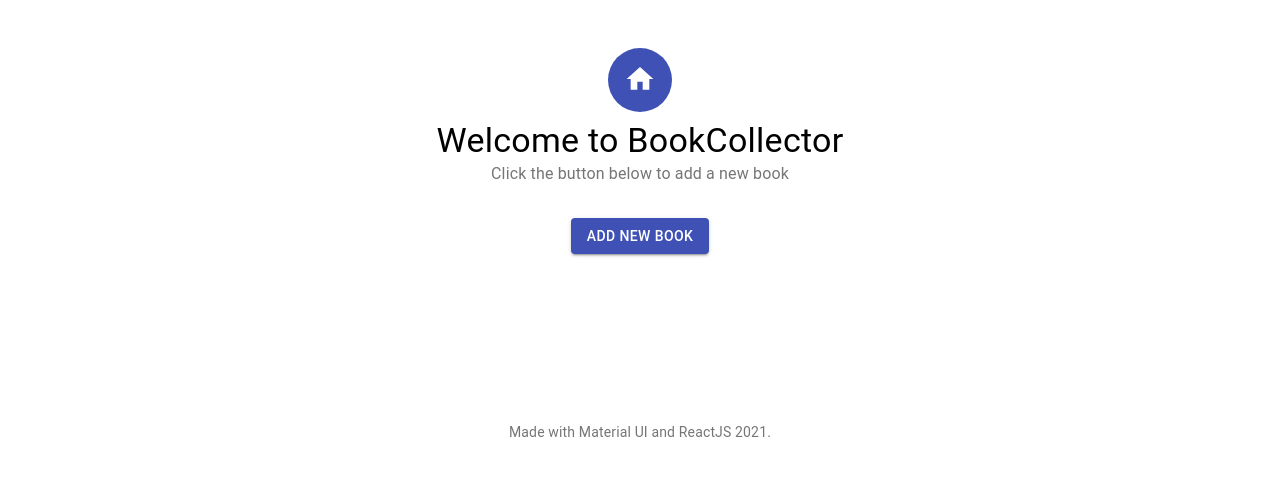
Repository: Colo-Codes/mini-project-react-book-collector
Page: /
These files come from the project's save history. The page is drawn as it stood at one moment and after the next save; the edit follows.
The browser window is 1280 px wide. The pictures show the whole page.
The project was rebuilt for these pictures with package versions that can differ from the ones it lists, and the page was loaded fresh each time. Also part of the build but not shown: src/Books/BooksGridItem.js, src/Books/AddBookForm.js.

Above is the page before, as saved 2021-08-25 13:32:38.

After the next save:
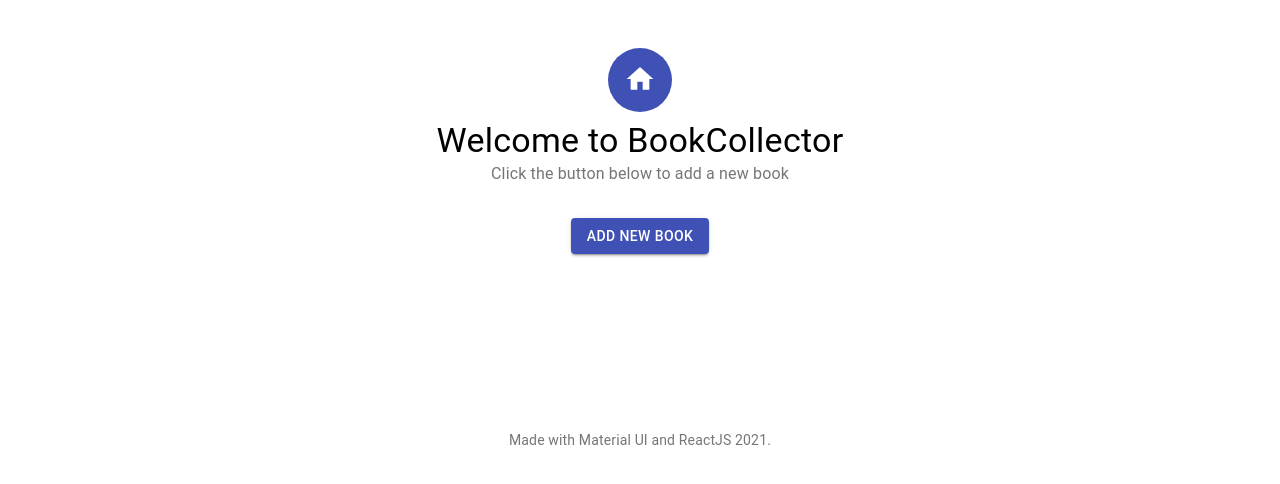
Saved 15 s later.
--- a/src/Books/BooksGrid.js
+++ b/src/Books/BooksGrid.js
@@ -6,7 +6,7 @@
 
     return (
         <Container>
-            <Grid container spacing={2}>
+            <Grid container spacing={1}>
                 {props.bookList.length > 0 && props.bookList.map(bookItem =>
                     <BooksGridItem key={bookItem.id} id={bookItem.id} title={bookItem.title} author={bookItem.author} onDelete={props.onDeleteBook} />
                 )}

After the save that followed:
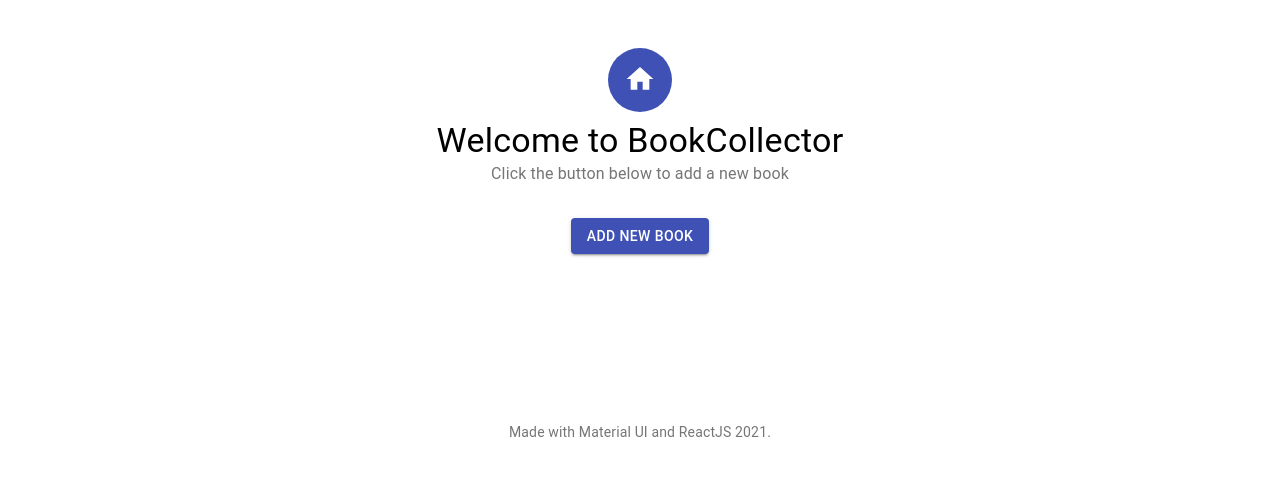
Saved 15 s later.
--- a/src/Books/BooksGrid.js
+++ b/src/Books/BooksGrid.js
@@ -6,7 +6,7 @@
 
     return (
         <Container>
-            <Grid container spacing={1}>
+            <Grid container spacing={2}>
                 {props.bookList.length > 0 && props.bookList.map(bookItem =>
                     <BooksGridItem key={bookItem.id} id={bookItem.id} title={bookItem.title} author={bookItem.author} onDelete={props.onDeleteBook} />
                 )}
